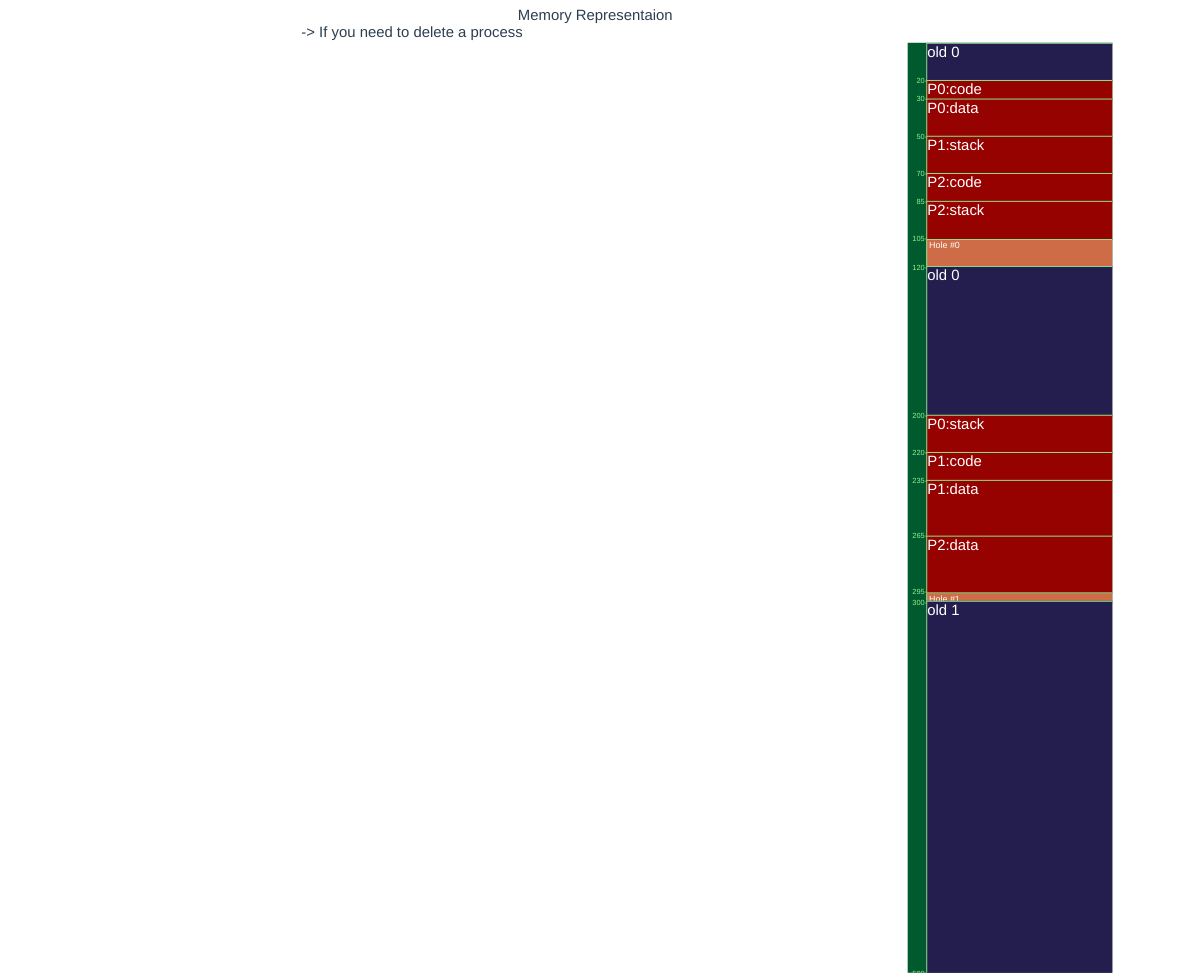
Repository: atout811/memory-allocation-project
Page: /#/final
An editor plug-in stored every save of this project. The page is shown before and after the next save, followed by the edit.
The browser window is 1280 px wide. The pictures show the whole page, at 93% of full size.
The project was rebuilt for these pictures with package versions that can differ from the ones it lists, and the page was loaded fresh each time. Also part of the build but not shown: src/views/MemoryAndHoles.vue, src/views/Process.vue, src/views/Methods.vue.

Above is the page before, as saved 2021-06-10 17:00:25.

### src/App.vue
<template>
  <router-view v-slot="{ Component }">
    <transition name="fade" mode="out-in">
      <component :is="Component" />
    </transition>
  </router-view>
</template>
<script>
import MemHole from "./views/MemoryAndHoles.vue";
export default {
  name: "App",
  components: { MemHole },
};
</script>
<style lang="scss">
#app {
  font-family: Avenir, Helvetica, Arial, sans-serif;
  -webkit-font-smoothing: antialiased;
  -moz-osx-font-smoothing: grayscale;
  text-align: center;
  color: #2c3e50;
  display: flex;
  flex-direction: column;
  align-items: center;
}
a {
  font-weight: bold;
  color: #42b983;

  &.router-link-exact-active {
    color: #42b983;
  }
}
.fade-enter-active,
.fade-leave-active {
  transition: opacity 0.5s ease;
}
.fade-enter-from, .fade-leave-to /* .fade-leave-active below version 2.1.8 */ {
  opacity: 0;
}
</style>

### src/router/index.js
import { createRouter, createWebHashHistory } from "vue-router";
import Process from "../views/Process";
import MemoryAndHoles from "../views/MemoryAndHoles";
import Methods from "../views/Methods";
import Final from "../views/Final";

const routes = [
  {
    path: "/",
    name: "Home",
    component: MemoryAndHoles,
  },
  {
    path: "/process",
    name: "Process",
    component: Process,
  },
  {
    path: "/methods",
    name: "Methods",
    component: Methods,
  },
  {
    path: "/final",
    name: "Final",
    component: Final,
  },
];

const router = createRouter({
  history: createWebHashHistory(),
  routes,
});

export default router;

### src/store/index.js
import { createStore } from "vuex";

export default createStore({
  state: {
    input: {
      memSize: 500,
      Holes: [
        { starting: 20, size: 100 },
        { starting: 200, size: 100 },
      ],
      Processes: [
        {
          name: "P0",
          segments: [
            { name: "code", size: 10 },
            { name: "stack", size: 20 },
            { name: "data", size: 20 },
          ],
        },
        {
          name: "P1",
          segments: [
            { name: "code", size: 15 },
            { name: "stack", size: 20 },
            { name: "data", size: 30 },
          ],
        },
        {
          name: "P2",
          segments: [
            { name: "code", size: 15 },
            { name: "stack", size: 20 },
            { name: "data", size: 30 },
          ],
        },
        {
          name: "P3",
          segments: [
            { name: "code", size: 15 },
            { name: "stack", size: 20 },
            { name: "data", size: 30 },
          ],
        },
      ],
      Method: "worse-fit",
    },
  },
  mutations: {},
  actions: {},
  modules: {},
});

### src/views/Final.vue
<template>
  <div class="width">
    Memory Representaion
    <div class="cont">
      <div class="content">-> If you need to delete a process</div>
      <div class="con">
        <Memory />
      </div>
    </div>
  </div>
</template>

<script>
import Memory from "./Memory";
export default {
  components: { Memory },
};
</script>

<style scoped>
.width {
  width: 50%;
}
.cont {
  display: flex;
  justify-content: space-between;
}
</style>

### src/views/Memory.vue
<template>
  <div class="memory"></div>
</template>

<script>
export default {
  name: "Memory",

  data() {
    return {
      data: this.$store.state.input,
    };
  },
  mounted: function () {
    const memory = document.querySelector(".memory");
    const scale = 2;
    let data = { ...this.data };
    let holes = data.Holes.map((item) => [
      Number(item.starting),
      Number(item.size),
    ]);
    // let holes = [
    //   [140, 100],
    //   [40, 80],
    //   [260, 90],
    // ];

    let totalMemorySize = Number(data.memSize);
    function orderHoles() {
      holes = holes.sort((a, b) => a[0] - b[0]);
    }
    function renderMemory() {
      memory.style.height = `${totalMemorySize * scale}px`;
    }
    renderMemory();
    let obj = {};
    // let test = data.Processes.map((item) => [
    //   null,
    //   item.segments.forEach((el) => {
    //     return Object.assign({ [el.name]: [Number(el.size)] });
    //   }),
    //   item.name,
    // ]);
    let test = [];
    for (let index = 0; index < data.Processes.length; index++) {
      let item = data.Processes[index].segments;
      let temp = {};
      for (let j = 0; j < item.length; j++) {
        temp[item[j].name] = [Number(item[j].size)];
      }
      test[index] = [null, temp, data.Processes[index].name];
    }
    let processes = [...test];
    // processes = [
    //   [null, { code: [10], data: [30], stack: [16] }, "p1"],
    //   [null, { code: [15], data: [30], stack: [25] }, "p3"],
    //   [null, { code: [10], data: [40], stack: [18] }, "p2"],
    //   [null, { code: [12], data: [10], stack: [12] }, "p4"],
    // ]; //start,size,name
    console.log("prooooooooooocess: ", processes);
    let OldProcess = [];

    function generateOldProcess() {
      const firstHoleStart = holes[0][0];

      if (firstHoleStart > 0) OldProcess.push([0, firstHoleStart, `old ${0}`]);

      for (let h = 0; h < holes.length; h++) {
        const holeStart = holes[h][0];
        const HoleSize = holes[h][1];
        const HoleEnd = holeStart + HoleSize;

        if (h === holes.length - 1) {
          const lastHole = totalMemorySize - HoleEnd;
          if (HoleEnd < totalMemorySize)
            OldProcess.push([HoleEnd, lastHole, `old ${h}`]);
        } else {
          const nextStart = holes[h + 1][0];
          OldProcess.push([HoleEnd, nextStart - HoleEnd, `old ${h}`]);
        }
      }
    }
    // alert(holes[0][0])
    function renderHoles(type, holes) {
      // holes ==>
      for (let hole = 0; hole < holes.length; hole += 1) {
        const startingIndex = holes[hole][0];
        const size = holes[hole][1];

        // alert(hole)
        const holeBox = document.createElement("div");
        if (type === "old") {
          holeBox.innerText = holes[hole][2];
          holeBox.classList.add("oldProcess");
        } else if (type === "hole") {
          holeBox.innerText = "Hole #" + hole;
          holeBox.classList.add("hole");
        } else if (type === "process") {
          holeBox.innerText = holes[hole][2];
          holeBox.classList.add("process");
        }

        holeBox.style.top = `${startingIndex * scale}px`;
        holeBox.style.height = `${size * scale}px`;
        const endSize = document.createElement("span");
        const endSizeContainer = document.createElement("div");
        endSizeContainer.classList.add("endSizeContainer");
        endSizeContainer.appendChild(endSize);
        endSize.innerText = startingIndex + size;

        endSize.classList.add("holeEndIndex");
        if (startingIndex !== null) {
          holeBox.appendChild(endSizeContainer);
          memory.appendChild(holeBox);
        } else {
          // ERROR THE PROCESS CAN'T BE ALLOCATED
        }
      }
    }

    const totalProcessSize = (process) =>
      Object.values(process).reduce((prev, acc) => prev + acc);

    let method = data.Method;
    function allocate() {
      for (let p = 0; p < processes.length; p++) {
        // DON'T TOUCH MY SHIT 😡😡😡
        // firstFit(processes[p])
        if (method == "first-fit") {
          console.log("First");
          firstFit(processes[p]);
        } else if (method == "best-fit") {
          console.log("Best");
          bestFit(processes[p], true);
        } else if (method == "worse-fit") {
          console.log("Worse");
          bestFit(processes[p], false);
        }
      }
      console.log("PROCCESES", processes);
    }

    function getSmallestHole(tempHoles, segmentSize, isBest) {
      let smallestHole = isBest ? [0, 1000000] : [0, 0];

      tempHoles.forEach((hole, index) => {
        const [holeStart, holeSize] = hole;
        if (isBest) {
          if (holeSize > segmentSize && smallestHole[1] > holeSize) {
            smallestHole = hole;
            smallestHole[2] = index;
          } else if (
            smallestHole[2] === undefined &&
            index === tempHoles.length - 1
          ) {
            // couldn't find hole
            smallestHole[2] = -1;
          }
        } else {
          // worse fit (let largest hole)
          if (holeSize > segmentSize && smallestHole[1] < holeSize) {
            smallestHole = hole;
            smallestHole[2] = index;
          } else if (
            smallestHole[2] === undefined &&
            index === tempHoles.length - 1
          ) {
            // couldn't find hole
            smallestHole[2] = -1;
          }
        }
      });
      return smallestHole;
    }

    function bestFit(p, isBest) {
      // Allocate in the smallest hole
      const segments = p[1];
      let isAllProcessAllocated = true;
      let tempHoles = JSON.parse(JSON.stringify(holes));
      Object.entries(segments).forEach(
        // for each segment
        ([name, value]) => {
          const segmentSize = value[0];
          let smallest = getSmallestHole(tempHoles, segmentSize, isBest);
          const [holeStart, holeEnd, holeIndex] = smallest;
          if (holeIndex == -1) {
            console.log("PROCESS CAN NOt BE ALLOCATED", p);
            isAllProcessAllocated = false;
            p[0] = true;
          }

          value[1] = smallest[0];
          const segEnd = segmentSize + holeStart;

          if (holeIndex !== -1) {
            tempHoles[holeIndex][0] = segEnd;
            const oldHoleSize = tempHoles[holeIndex][1];
            tempHoles[holeIndex][1] = oldHoleSize - segmentSize;
          } else {
            console.log("BUBUBUB", holeIndex);
          }

          //    console.log("value",value)
          //    console.log("smallestHole",smallest)
          console.log("_________________");
        }
      );
      if (isAllProcessAllocated) holes = tempHoles;
    }

    function firstFit(p) {
      // forEach segment loop over the holes
      // create a temp allocation array
      // that array
      // const size =totalProcessSize
      const segments = p[1];
      let isAllProcessAllocated = true;
      let tempHoles = JSON.parse(JSON.stringify(holes));

      Object.entries(segments).forEach(([name, value]) => {
        tempHoles.every((hole, index) => {
          const [holeStart, holeSize] = hole;
          let [size, segmentStartingIndex] = value;
          if (size <= holeSize) {
            value[1] = tempHoles[index][0];
            const segEnd = size + holeStart;
            tempHoles[index][0] = segEnd;
            tempHoles[index][1] = tempHoles[index][1] - size;
            return false;
          } else {
            if (index === tempHoles.length - 1) {
              //😞 مش لاقي مكان
              isAllProcessAllocated = false;
              console.log("CATCH", p);
              p[0] = true;
            }
            return true;
          }
        });
      });
      if (isAllProcessAllocated) {
        holes = tempHoles;
      }
    }

    function renderProcess() {
      processes.forEach((p) => {
        // loop over segments:
        if (!p[0]) {
          Object.keys(p[1]).forEach((s) => {
            // console.log("SEGMEMT",[p[1][s][1],[p[1][s]][0]])
            renderHoles("process", [[p[1][s][1], p[1][s][0], `${p[2]}:${s}`]]);
          });
        }
        // }else{
        // PROCESS CAN NOT BE ALLOCATED (NO ENGOUGH SPACE!)
        // }
      });
    }

    function concateHoles() {
      holes.forEach((h, index) => {
        const [start, size] = h;
        if (index < holes.length - 1) {
          const end = start + size;
          const [nextStart, nextSize] = holes[index + 1];
          if (end >= nextStart) {
            holes[index][1] = nextStart + nextSize - start;
            holes = [...holes.slice(0, index + 1), ...holes.slice(index + 2)];
            concateHoles();
          }
        }
      });
    }

    function deleteProcess(processName, isOld) {
      // create a hole
      let start, ProcessSize, AfterDelete, segments;
      if (isOld) {
        // deleteProcess()
        const processIndex = OldProcess.findIndex((p) => p[2] === processName);
        AfterDelete = [
          ...OldProcess.slice(0, processIndex),
          ...OldProcess.slice(processIndex + 1),
        ];
        // [start,segments,name] =processes[processIndex]
        start = OldProcess[processIndex][0];
        ProcessSize = OldProcess[processIndex][1];

        OldProcess = AfterDelete;
        holes.push([start, ProcessSize]);
      } else {
        const processIndex = processes.findIndex((p) => p[2] === processName);
        console.log("INDDDEX", processIndex);
        AfterDelete = [
          ...processes.slice(0, processIndex),
          ...processes.slice(processIndex + 1),
        ];
        //  recover Holes
        const [starter, segments] = processes[processIndex];
        Object.values(segments).forEach(([size, starting]) => {
          console.log(size, starting);
          holes.push([starting, size]);
        });
        processes = AfterDelete;
      }

      orderHoles();
      concateHoles();
      // [null,{code:10,data:30,stack:16},"p1"]
      render();
    }
    orderHoles();
    concateHoles();
    generateOldProcess();
    // deleteProcess("old 0",true)
    // deleteProcess("old 2",true)
    allocate();

    function clear() {
      while (memory.firstChild) {
        memory.removeChild(memory.lastChild);
      }
    }

    function render() {
      clear();
      renderHoles("hole", holes);
      renderHoles("old", OldProcess);
      renderProcess();
    }
    render();
    // deleteProcess("p2",false)
    // deleteProcess("p1",false)
    // deleteProcess("p4",false)
  },
};
</script>

<style scoped >
/* .memory >>> body {
  display: flex;
  flex-direction: column;
  justify-content: right;
  height: 100vh;

  margin: 0;
  font-family: "Courier New", Courier, monospace;
} */

.memory >>> h1 {
  color: blueviolet;
}
.memory {
  background-color: #005a2d;
  /* padding: 20px; */
  /* border-radius: 5px; */
  display: flex;
  flex-direction: column;
  width: 200px;
  align-self: flex-end;
  height: 1150px;
  /* top: 5%; */
  position: absolute;
  padding-left: 20px;
  overflow: hidden;
  margin: 20px;
}
.memory >>> .hole {
  background-color: #ce6c47;
  /* border: 0.7px solid #0f0; */
  border: 1px solid lightgreen;
  margin-top: 1px;
  /* height: 100px; */
  display: flex;
  /* align-self: center; */
  width: 100%;
  color: white;

  /* align-items: center; */
  /* justify-content: center; */
  position: absolute;
}
.memory >>> .oldProcess {
  background-color: #241e4e;
  /* border: 0.7px solid darkred; */
  color: white;
  display: flex;
  border: 1px solid lightgreen;
  width: 100%;
  position: absolute;
}
.memory >>> .process {
  background-color: #960200;
  /* border-bottom: 0.7px solid #eae7af; */
  /* border-top: 0.7px solid lightgreen; */
  display: flex;
  width: 100%;
  position: absolute;
  color: white;
  border: 1px solid lightgreen;
}

.memory >>> .hole,
.oldProcess,
.process {
  font-size: 0.6rem;
  text-transform: capitalize;
  padding-left: 2px;
  color: #fff;
  border-top: 0.2px solid lightgreen;
}

.memory >>> .endSizeContainer {
  /* background-color: red !important; */
  width: 20px;
  z-index: 1000;
  color: lightgreen !important;
  color: #ccc;
  font-size: 0.5rem;

  position: absolute;
  top: calc(100% - 5.4px);
  text-align: right;
  display: block;
  left: -20px;
}
.memory >>> .holeEndIndex::after {
  content: "-";
}
</style>

Loaded but not shown: public/index.html (common file); src/main.js (common file)

After the next save:
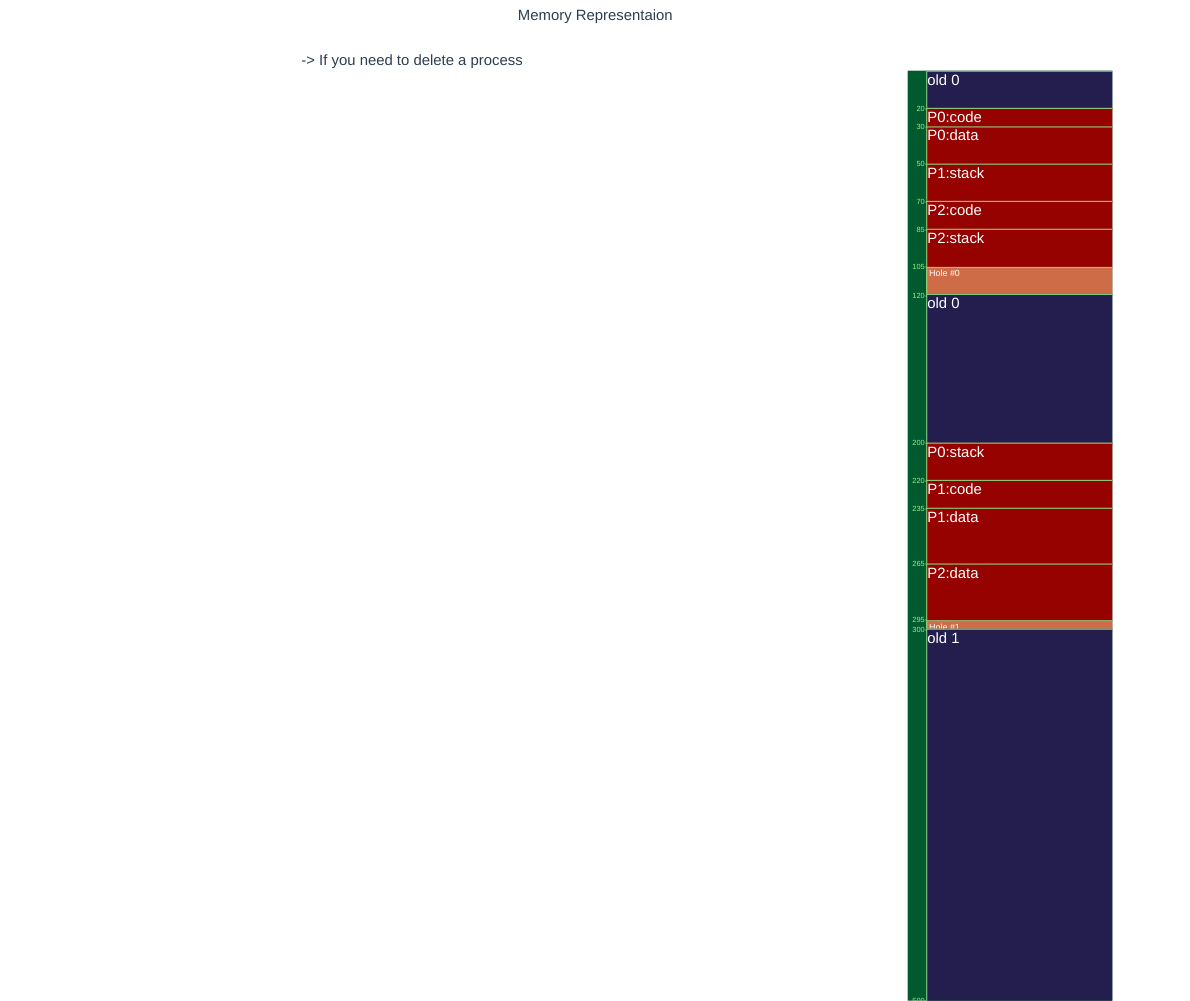
Saved 17 s later.
--- a/src/views/Final.vue
+++ b/src/views/Final.vue
@@ -24,5 +24,6 @@ export default {
 .cont {
   display: flex;
   justify-content: space-between;
+  margin-top: 30px;
 }
 </style>
